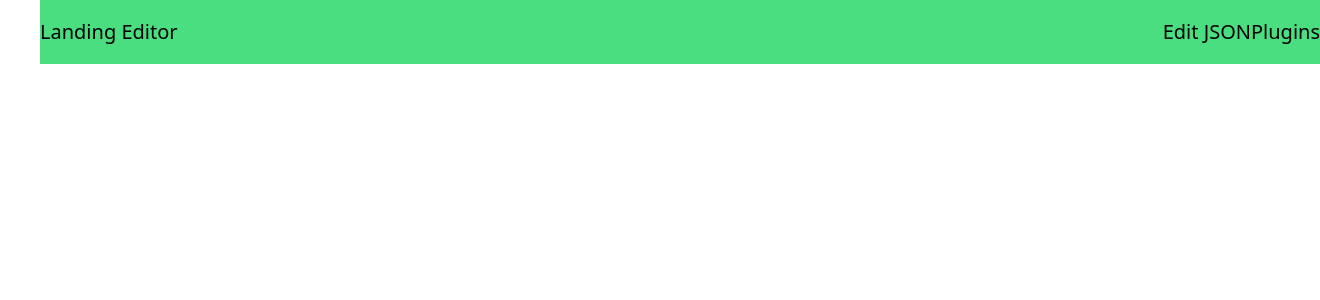
Repository: ShumilovMikhail/plugins-app
Page: / (app in app/frontend/)
An editor plug-in stored every save of this project. The page is shown before and after the next save, followed by the edit.
The browser window is 1280 px wide. The page is 1320 px wide, then 1280 px, so the pictures cover 1320 px, including what lies to the right of the window. The pictures show the whole page.
The project was rebuilt for these pictures with package versions that can differ from the ones it lists, and the page was loaded fresh each time. Also part of the build but not shown: app/frontend/angular.json.

Above is the page before, as saved 2024-05-13 07:28:24.

After the next save:
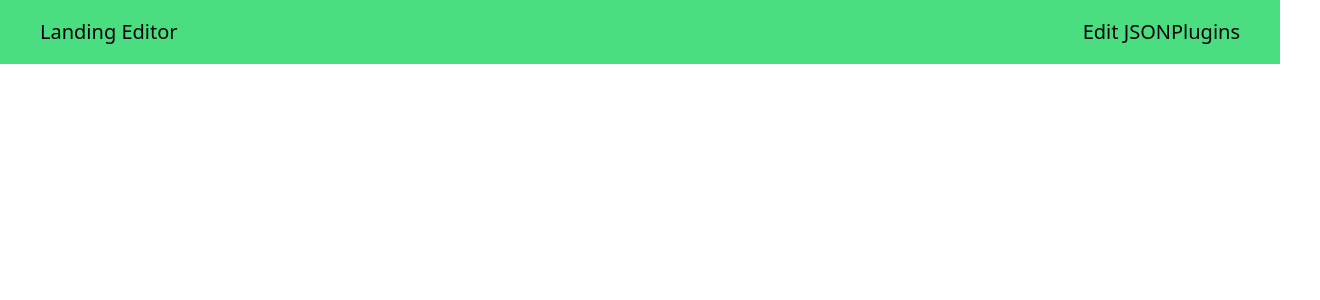
Saved 8 s later.
--- a/app/frontend/src/app/layout/header/header.component.html
+++ b/app/frontend/src/app/layout/header/header.component.html
@@ -1,4 +1,4 @@
-<div class="h-16 mx-10 w-full bg-green-400 flex items-center justify-between">
+<div class="h-16 px-10 w-full bg-green-400 flex items-center justify-between">
   <span class="text-xl flex-1">{{headerService.pageName()}}</span>
   <div>
     <a class="text-xl" routerLink="/editor/json">Edit JSON</a>
